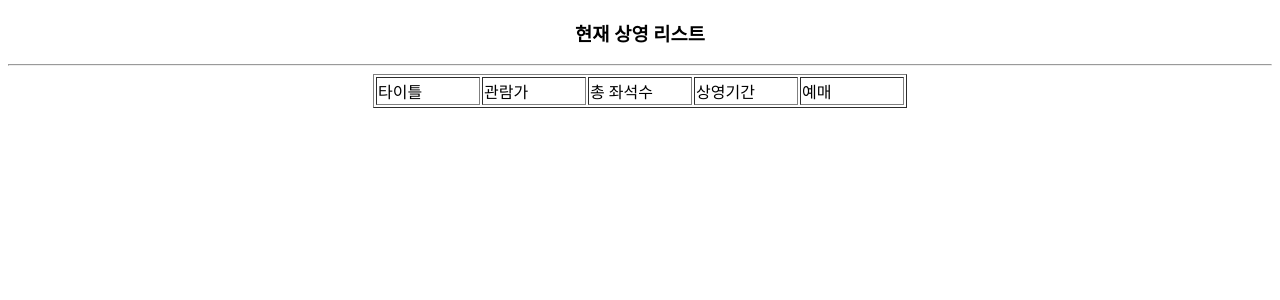
Repository: Juseong-Bang/jspWebProject
Page: http://localhost/FilmBooking/film_list.jsp
These files come from the project's save history. The page is drawn as it stood at one moment and after the next save; the edit follows.
The browser window is 1280 px wide. The pictures show the whole page.
The page is served by Tomcat 9. Queries for data that is not in the repository find no rows.

Above is the page before, as saved 2017-11-28 11:28:56.

After the next save:
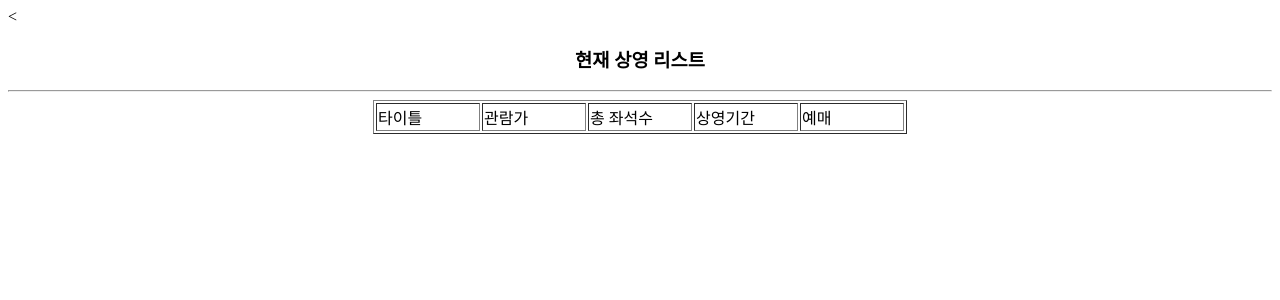
Saved 34 min 6 s later.
--- a/FilmBooking/WebContent/film_list.jsp
+++ b/FilmBooking/WebContent/film_list.jsp
@@ -6,6 +6,7 @@
 	pageEncoding="UTF-8"%>
 <!DOCTYPE html PUBLIC "-//W3C//DTD HTML 4.01 Transitional//EN" "http://www.w3.org/TR/html4/loose.dtd">
 <jsp:useBean id="film_list" scope="application" class="Filmbooking.filmBean" />
+<<jsp:useBean id="member" scope="session" class="Filmbooking.memberBean"></jsp:useBean>
 <jsp:setProperty property="*" name="movie_list"/>
 
 <html>
